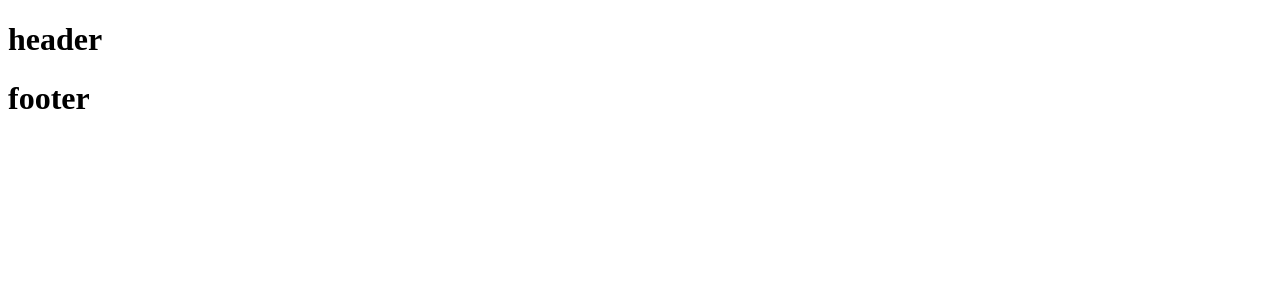
Repository: kianpas/KH_Server
Page: http://localhost/01_helloweb/jsp/include.jsp
The author's editor kept a copy of each file at every save. The page is drawn from the files as they stood at one save, then again after the next save.
The browser window is 1280 px wide. The pictures show the whole page.
The page is served by Tomcat 9. Other server files are loaded and not shown.

Above is the page before, as saved 2021-03-24 12:15:56.

### 01_helloweb/WebContent/jsp/include.jsp
<%@ page language="java" contentType="text/html; charset=UTF-8"
	pageEncoding="UTF-8"%>
<!DOCTYPE html>
<html>
<head>
<meta charset="UTF-8">
<title>jsp</title>
</head>
<body>
	<header>
		<h1>header</h1>
	</header>
	<section>
		<h1></h1>
	</section>
	<footer>
		<h1>footer</h1>
	</footer>
</body>
</html>

After the next save:
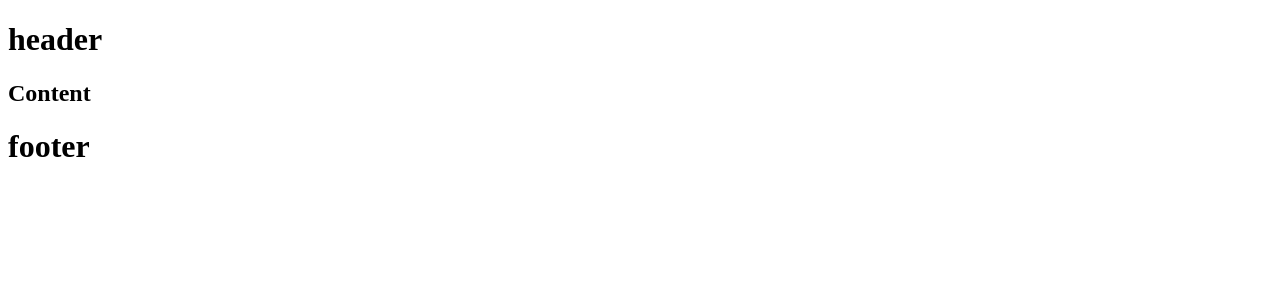
Saved 8 s later.
--- a/01_helloweb/WebContent/jsp/include.jsp
+++ b/01_helloweb/WebContent/jsp/include.jsp
@@ -11,7 +11,7 @@
 		<h1>header</h1>
 	</header>
 	<section>
-		<h1></h1>
+		<h1>Content</h1>
 	</section>
 	<footer>
 		<h1>footer</h1>
